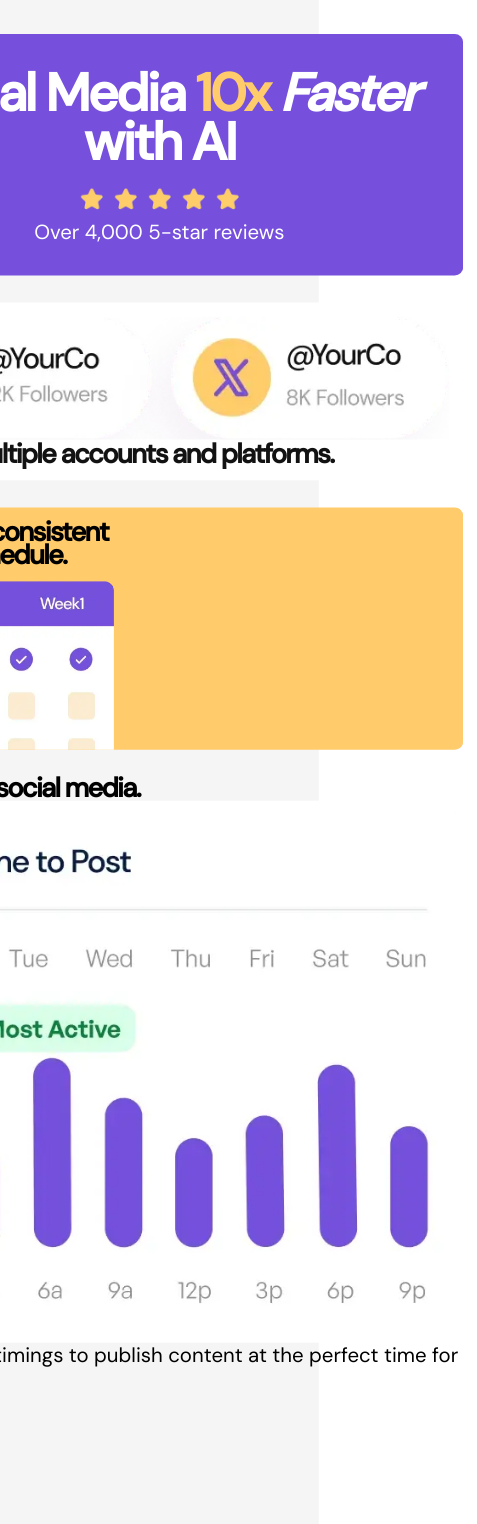
Repository: brandontaylor1/bento-grid
Page: index.html
The author's editor kept a copy of each file at every save. The page is drawn from the files as they stood at one save, then again after the next save.
The browser window is 375 px wide. The page is 545 px wide, then 561 px, so the pictures cover 561 px, including what lies to the right of the window. The pictures show the whole page, at 85% of full size.

Above is the page before, as saved 2025-01-21 21:40:01.

### index.html
<!DOCTYPE html>
<html lang="en">
<head>
    <meta charset="UTF-8">
    <meta name="viewport" content="width=device-width, initial-scale=1.0">
    <link rel="stylesheet" href="styles.css">
    <title>Bento Grid</title>
</head>
<body>
    <main class="container">
        <div class="grid-container">
            <div class="grid-item-1">
                <h1>Social Media <span>10x </span><em>Faster </em>with AI </h1>
                <img src="./assets/images/illustration-five-stars.webp" alt="five star images">
                <p>Over 4,000 5-star reviews</p>
            </div>
            <div class="grid-item-2">
                <img src="./assets/images/illustration-multiple-platforms.webp" alt="two social media images">
                <h3>Manage multiple accounts and platforms.</h3>
            </div>
            <div class="grid-item-3">
                <h3>Maintain a consistent <br> posting schedule.</h3>
                <img src="./assets/images/illustration-consistent-schedule.webp" alt="schedule">
            </div>
            <div class="grid-item-4">
                <h3>Schedule to social media.</h3>
                <img src="./assets/images/illustration-schedule-posts.webp" alt="schedule of posts">
                <p>Optimize post timings to publish content at the perfect time for your audience</p>
            </div>
        </div>
    </main>

</body>
</html>

### styles.css

@font-face {
    font-family: "DMSans-Medium";
    src: url('./assets/fonts/DMSans-Medium.ttf') format('truetype');
    font-weight: 500;
    font-style: normal;
}

@font-face {
    font-family: "DMSans-MediumItalic";
    src: url('./assets/fonts/DMSans-MediumItalic.ttf') format('truetype');
    font-weight: 500;
    font-style: italic;
}

@font-face {
    font-family: "DMSans-Regular";
    src: url('./assets/fonts/DMSans-Regular.ttf') format('truetype');
    font-weight: 400;
    font-style: normal;
}

* {
    margin: 0;
    padding: 0;
    box-sizing: border-box;

}

/* COLORS */
:root {
    --purple100: hsl(254, 88%, 90%);
    --purple500: hsl(256, 67%, 59%);

    --yellow100: hsl(31, 66%, 93%);
    --yellow500: hsl(39, 100%, 71%);

    --white: hsl(0, 0%, 100%);
    --black: hsl(0, 0%, 0%);
    --font-black: #121212;

    --spacing-5: 40px;
    --spacing-4: 32px;
    --spacing-3: 24px;
    --spacing-2: 16px;
    --spacing-1: 8px;
}

/* TYPOGRAPHY */
h1 {
    font-family: "DMSans-Medium", sans-serif;
    font-size: 62px;
    line-height: 93.5%;
    letter-spacing: -3px;
}

h2 {
    font-family: "DMSans-Medium", sans-serif;
    font-size: 40px;
    line-height: 90%;
    letter-spacing: -2px;
}

h3 {
    font-family: "DMSans-Medium", sans-serif;
    font-size: 32px;
    line-height: 87.5%;
    letter-spacing: -2px;
}

p {
    font-family: "DMSans-Regular", sans-serif;
    font-size: 24px;
    line-height: 87.5%;
    letter-spacing: 0px;
}

.container {
    display: flex;
    flex-direction: column;
    align-items: center;
    justify-content: center;
}

.grid-container {
    display: grid;
    grid-template-columns: repeat(2, 1fr);
    grid-template-rows: repeat(4, auto);
    gap: var(--spacing-5);
    padding: var(--spacing-5), var(--spacing-4);
}



/* RESPONSIVE */

/* MOBILE */
@media screen and (max-width: 480px) {
    .container {
        padding: 40px 16px;
        background-color: #F6F5F6;
    }

    .grid-container {
        display: grid;
        grid-template-columns: 1fr;
        grid-template-rows: repeat(8, auto);
        gap: var(--spacing-4);
    }

    .grid-item-1 {
        background-color: var(--purple500);
        color: var(--white);
        text-align: center;
        padding: 40px 32px;
        border-radius: 10px;
        width: 100%;
    }

    .grid-item-1 h1 {
        padding-bottom: 24px;
    }

    .grid-item-1 img {
        width: 192px;
        padding-bottom: 8px;
    }

    .grid-item-1 span {
        color: var(--yellow500);
    }

    .grid-item-2 {
        background-color: var(--white);
        padding: 16px;
        border-radius: 10px;
    }
    .grid-item-2 img {
        width: 100%;
    }

    .grid-item-2 h3 {
        color: #121212;
    }

    .grid-item-3 {
        background-color: var(--yellow500);
        padding: 16px;
        border-radius: 10px;
        overflow: hidden;
    }

    .grid-item-3 img {
        width: 288px;
        height: auto;
        padding-top: 16px;
        margin-bottom: -40px;
    }
}

After the next save:
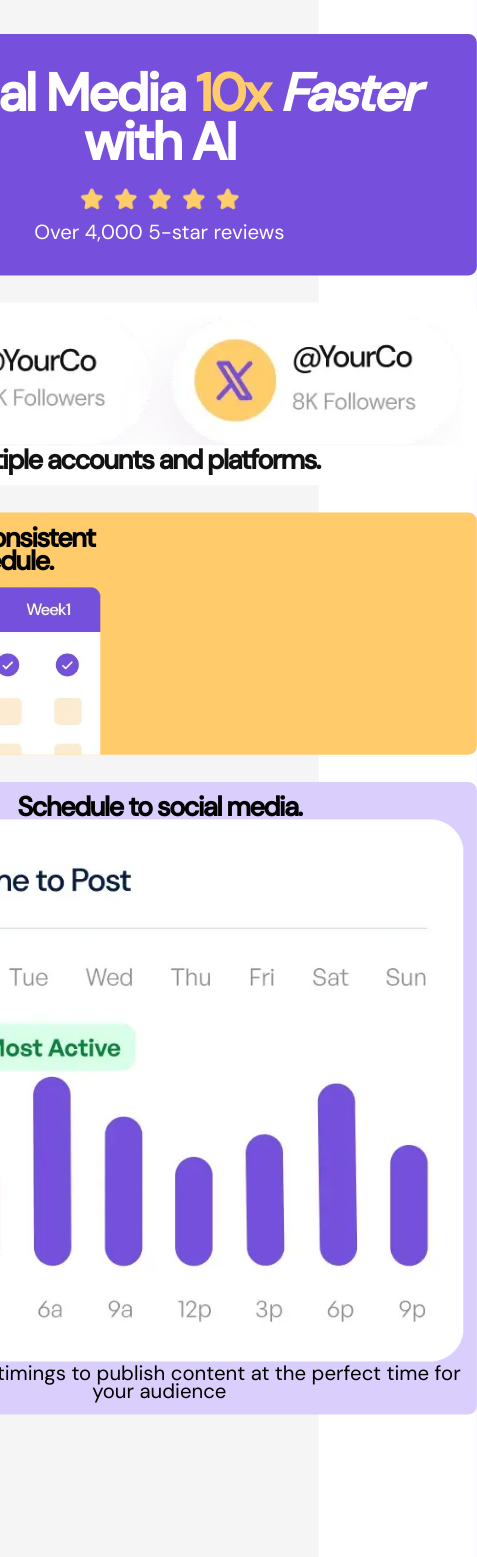
Saved 64 s later.
--- a/styles.css
+++ b/styles.css
@@ -156,4 +156,11 @@
         padding-top: 16px;
         margin-bottom: -40px;
     }
+
+    .grid-item-4 {
+        background-color: var(--purple100);
+        padding: 16px;
+        border-radius: 10px;
+        text-align: center;
+    }
 }
